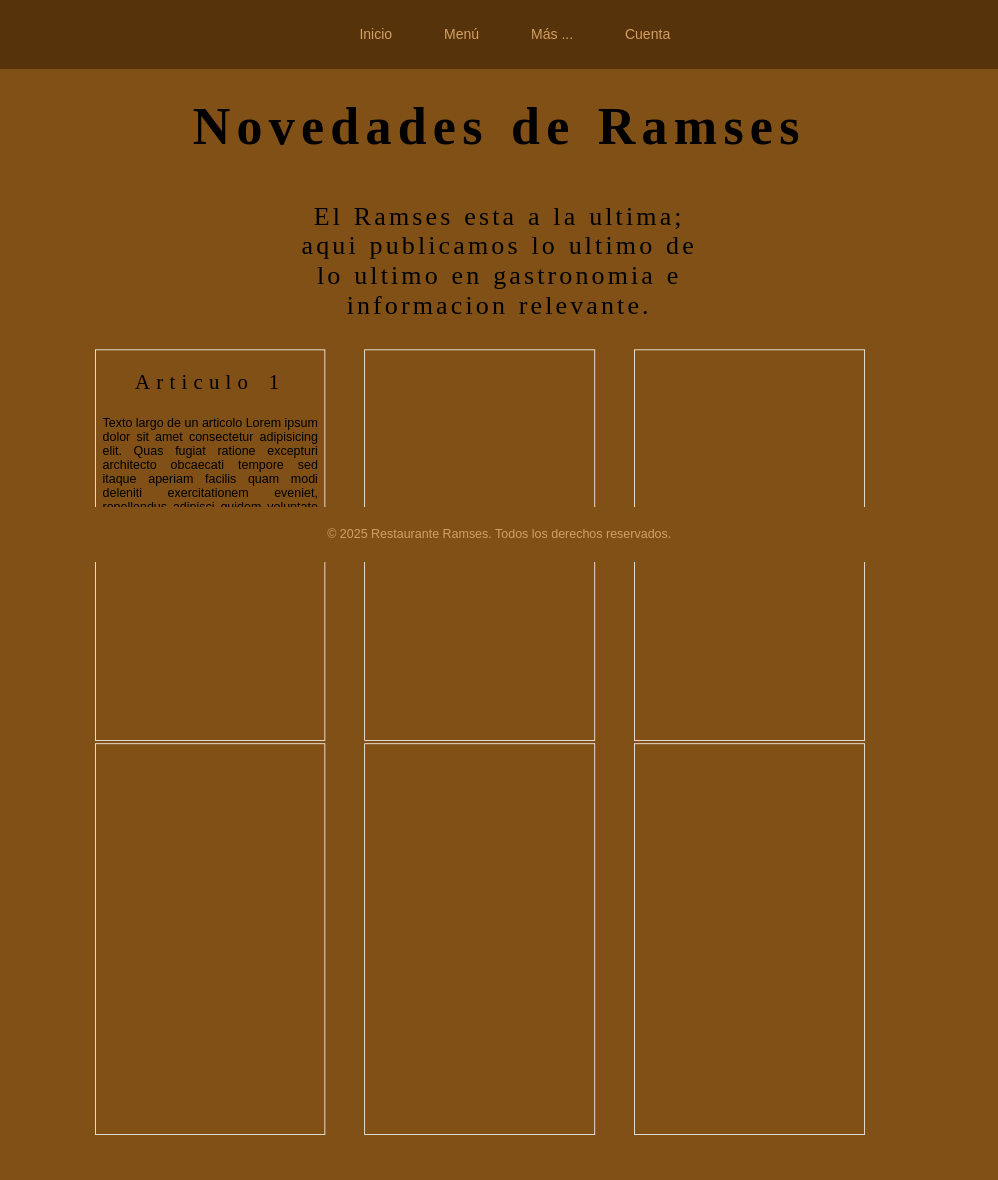
Repository: demoniers/demonIers.github.io
Page: web-lenguajes/src/noticias.html
The author's editor kept a copy of each file at every save. The page is drawn from the files as they stood at one save, then again after the next save.
The browser window is 1280 px wide. The pictures show the whole page, at 78% of full size.
Some web fonts or font styles are not loaded; a fallback is used.

Above is the page before, as saved 2025-01-22 16:02:12.

### web-lenguajes/src/noticias.html
<!DOCTYPE html>
<html lang="es">

<head>
    <meta charset="UTF-8">
    <meta name="viewport" content="width=device-width, initial-scale=1.0">
    <link rel="stylesheet" href="../style/noticias.css">
    <title>Restaurante Ejemplo</title>
    <style>
    </style>
</head>

<body>
    <div class="header">
        <nav>
            <ul>
                <li><a href="../index.html">Inicio</a></li>
                <li><a>Menú</a></li>
                <li><a>Más ...</a>
                    <ul class="subitemul">
                        <li class="subitem"><a href="#">Novedades</a></li>
                    </ul>
                </li>
                <li>
                    <a href>Cuenta</a>
                    <ul class="subitemul">
                        <li class="subitem"><a href="./login.html">Iniciar sesion</a></li>
                        <li class="subitem"><a href="./singin.html">Registrarse</a></li>
                    </ul>
                </li>
            </ul>
        </nav>
    </div>
    <div class="container">
        <h1 class="titulo-centrado">Novedades de Ramses</h1>
        <p class="subtitulo">El Ramses esta a la ultima; aqui publicamos lo ultimo de lo ultimo en gastronomia e
            informacion relevante.</p>
        <div class="cont-noticias">
            <div class="noticia1">
                <p class="titulo-articulo">Articulo 1</p>
                <p class="text-articulo">Texto largo de un articolo Lorem ipsum dolor sit amet consectetur adipisicing
                    elit. Quas fugiat ratione excepturi architecto obcaecati tempore sed itaque aperiam facilis quam
                    modi deleniti exercitationem eveniet, repellendus adipisci quidem voluptate quasi! Dignissimos!</p>
            </div>
            <div class="noticia2"></div>
            <div class="noticia3"></div>
            <div class="noticia1"></div>
            <div class="noticia2"></div>
            <div class="noticia3"></div>
        </div>
    </div>
    <div class="footer">
        <p>&copy; 2025 Restaurante Ramses. Todos los derechos reservados.</p>
    </div>
</body>

</html>

### web-lenguajes/style/noticias.css
body {
    margin: 0;
    font-family: Arial, sans-serif;
    display: flex;
    flex-direction: column;
    align-items: center;
    background-color: #815017;
}

@font-face {
    font-family: "Overcooked";
    src: url("https://db.onlinewebfonts.com/t/4d9ee5a678d899047a987f0408b4b052.eot");
    src: url("https://db.onlinewebfonts.com/t/4d9ee5a678d899047a987f0408b4b052.eot?#iefix")format("embedded-opentype"),
    url("https://db.onlinewebfonts.com/t/4d9ee5a678d899047a987f0408b4b052.woff2")format("woff2"),
    url("https://db.onlinewebfonts.com/t/4d9ee5a678d899047a987f0408b4b052.woff")format("woff"),
    url("https://db.onlinewebfonts.com/t/4d9ee5a678d899047a987f0408b4b052.ttf")format("truetype"),
    url("https://db.onlinewebfonts.com/t/4d9ee5a678d899047a987f0408b4b052.svg#Overcooked")format("svg");
}
.titulo-centrado {
    font-family: "Overcooked";
    text-align: center;
    word-spacing: 4px;
    letter-spacing: 8px;
    font-size: 50pt;
}
.subtitulo {
    font-family: "Overcooked";
    text-align: center;
    word-spacing: 1.5px;
    letter-spacing: 4px;
    font-size: 25pt;
    width: 45%;
}

/* menu superior */
.header {
    position: fixed;
    top: 0;
    width: 100%;
    background-color: #57330b;
    color: #d39f64;
    text-align: center;
    padding: 10px 0;
    z-index: 1000;
}

.header nav a {
    margin: 0 15px;
    text-decoration: none;
    font-size: 18px;
}

.header nav ul li {
    display: inline-block;
    position: relative;
}

nav ul li a {
    display: block;
    padding: 8px 16px;
    text-decoration: none;
    color: #d39f64;
}

nav ul li ul {
    display: none;
    position: absolute;
    top: 100%;
    left: 0;
    box-shadow: 0px 4px 8px rgba(0, 0, 0, 0.3);
}

nav ul li:hover ul {
    display: block;
}
.subitemul {
    text-align: center;
    background-color:#6b43159c;
}
.subitemul:hover {
    background-color: #d39f646c;
    color: #6b4315;
}

/*###############################################################################*/

.container {
    margin: 5%;
    padding: 2%;
    width: 90%;
    height: 1000px;
}
.titulo-centrado {
    padding: 3%;
    margin: auto;
}
.subtitulo {
    margin: auto;
    padding-top: 2%;
}
.cont-noticias {
    display: grid;
    grid-template-columns: 3fr 3fr 3fr;
    width: 90%;
    padding-left: 5%;
    margin-top: 3%;
    padding-bottom: 5%;
}
.noticia1 {
    width: 85%;
    grid-column: 1;
    height: 500px;
    border: solid white 1px;
    margin-top: 1%;
}
.noticia2 {
    width: 85%;
    grid-column: 2;
    height: 500px;
    border: solid white 1px;
    margin-top: 1%;
}
.noticia3 {
    width: 85%;
    grid-column: 3;
    height: 500px;
    border: solid white 1px;
    margin-top: 1%;
}

.footer {
    background-color: #815017;
    color: #d39f64;
    text-align: center;
    height: 50px;
    padding: 10px;
    position: fixed;
    bottom: 0;
    width: 100%;
}

.titulo-articulo {
    font-family: "Overcooked";
    text-align: center;
    word-spacing: 4px;
    letter-spacing: 8px;
    font-size: 20pt;
}
.text-articulo {
    margin-left: 3%;
    margin-right: 3%;
    text-align: justify;
}

After the next save:
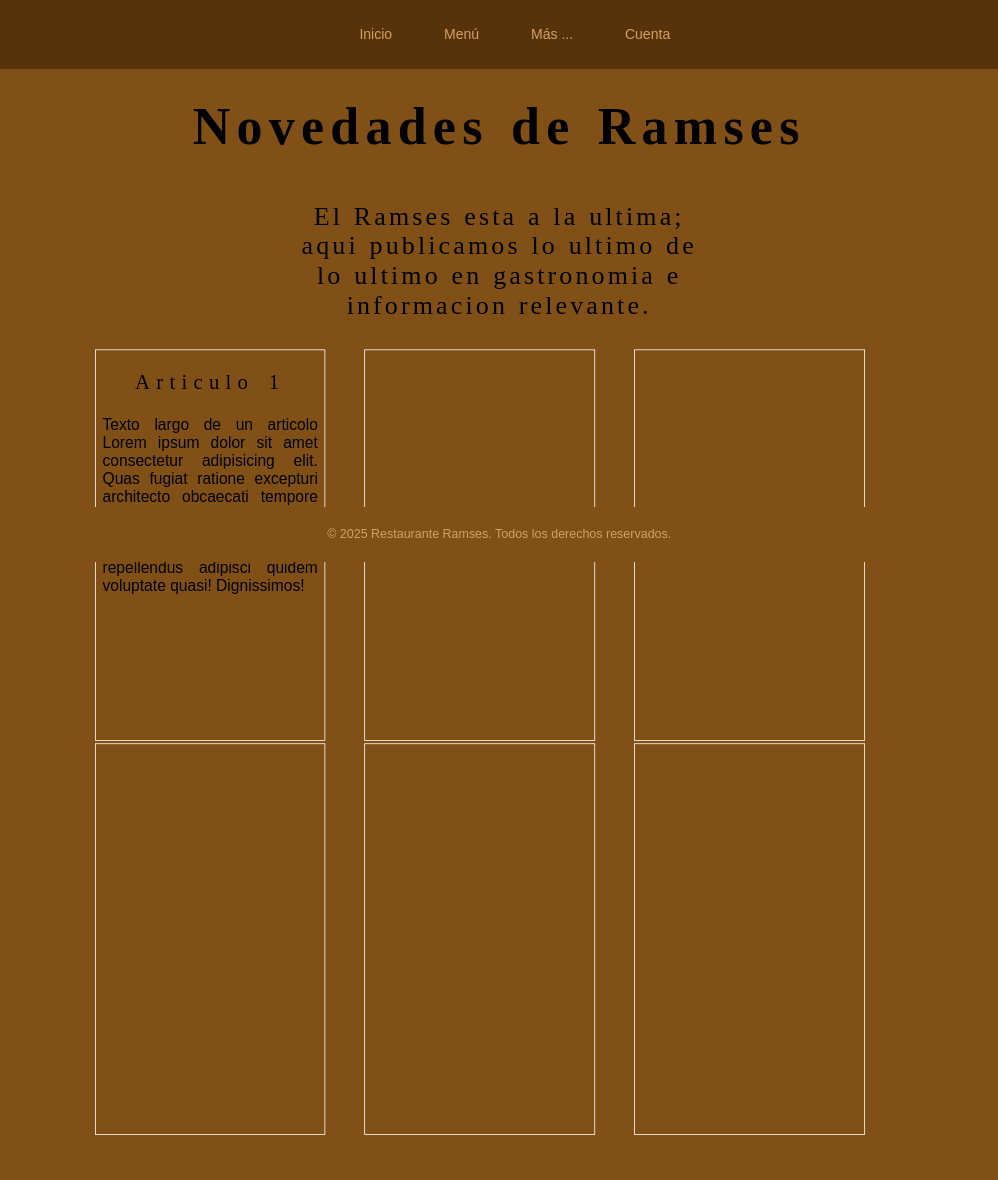
Saved 36 s later.
--- a/web-lenguajes/style/noticias.css
+++ b/web-lenguajes/style/noticias.css
@@ -150,4 +150,5 @@ nav ul li:hover ul {
     margin-left: 3%;
     margin-right: 3%;
     text-align: justify;
+    font-size: 15pt;
 }
